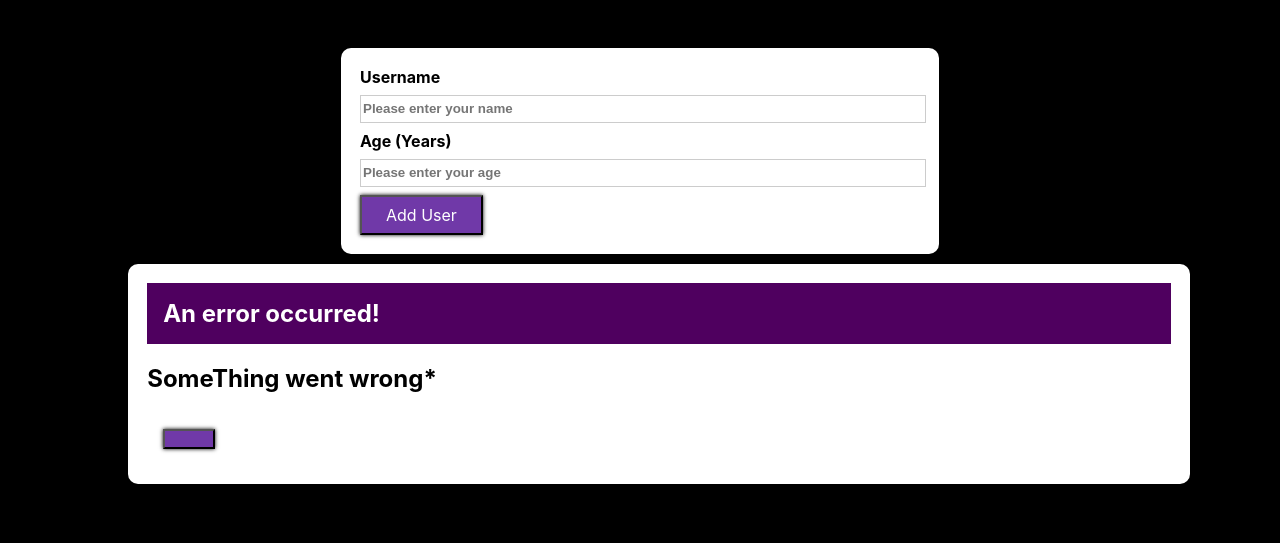
Repository: NamalPathirana/section-eight
Page: /
An editor plug-in stored every save of this project. The page is shown before and after the next save, followed by the edit.
The browser window is 1280 px wide. The pictures show the whole page.
The project was rebuilt for these pictures with package versions that can differ from the ones it lists, and the page was loaded fresh each time. Also part of the build but not shown: src/App.module.css.

Above is the page before, as saved 2021-12-04 14:21:38.

After the next save:
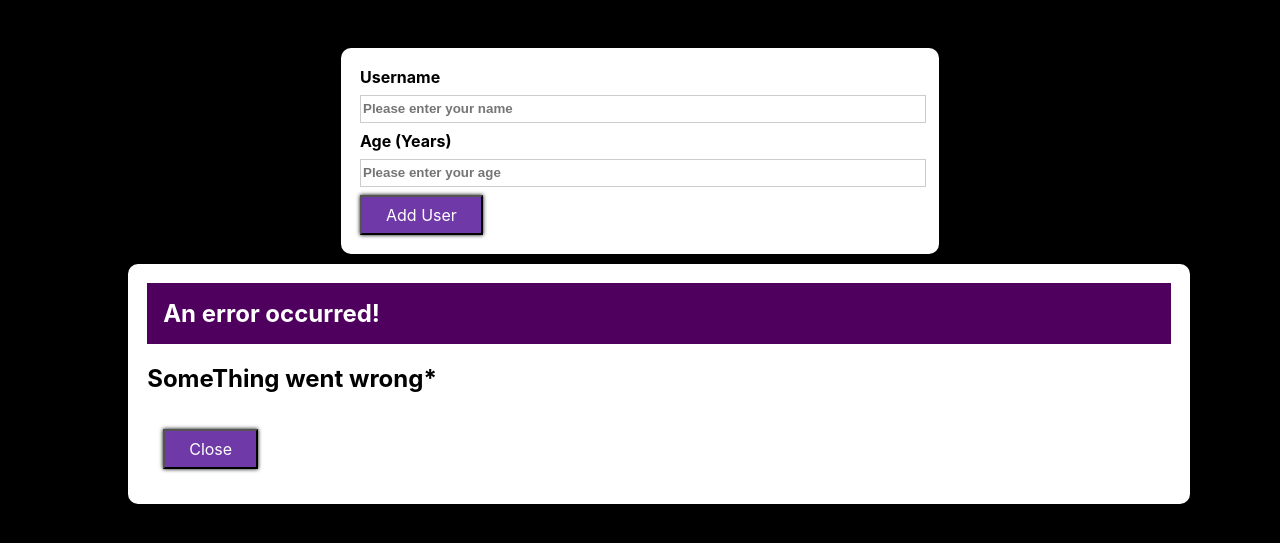
Saved 35 s later.
--- a/src/UI/ErrorModal/ErrorModal.js
+++ b/src/UI/ErrorModal/ErrorModal.js
@@ -7,7 +7,7 @@ const ErrorModal = (props) => {
     <Card className={styles.modal}>
       <header className={styles.header} ><h2>{props.title}</h2></header>
       <h2 className={styles.message}>{props.message}</h2>
-      <footer className={styles.actions}><Button>Close</Button></footer>
+      <footer className={styles.actions}><Button name="Close"></Button></footer>
     </Card>
   );
 };
